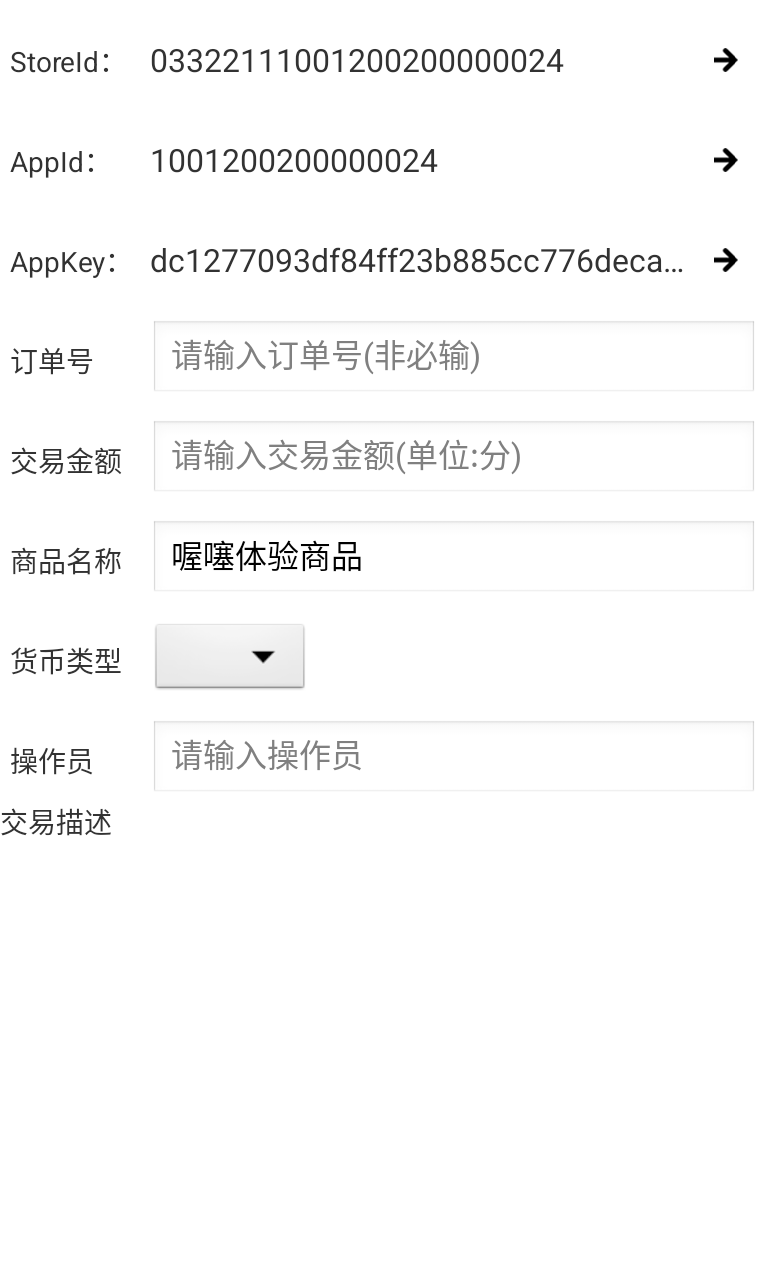
Repository: blanks1314/sysnc_android
Layout: UpayDemo/res/layout/fragment_setting.xml
These files come from the project's save history. The layout is drawn as it stood at one moment and after the next save; the edit follows.
It is drawn on a 768 x 1280 px phone screen (xhdpi) without system bars, with theme AppTheme; the app's code is not run.

Above is the layout before, as saved 2015-04-28 05:53:27.

### UpayDemo/res/layout/fragment_setting.xml
<?xml version="1.0" encoding="utf-8"?>
<LinearLayout xmlns:android="http://schemas.android.com/apk/res/android"
    android:layout_width="match_parent"
    android:layout_height="match_parent"
    android:orientation="vertical" >

    <LinearLayout style="@style/linear_style_1" >

        <TextView
            android:layout_width="70dp"
            android:layout_height="wrap_content"
            android:text="StoreId：" />

        <TextView
            android:id="@+id/tv_storeId"
            style="@style/text_style_1"
            android:text="03322111001200200000024" />

        <ImageView
            style="@style/img_btn_1"
            android:src="@drawable/arrow_right" />
    </LinearLayout>

    <LinearLayout style="@style/linear_style_1" >

        <TextView
            android:layout_width="70dp"
            android:layout_height="wrap_content"
            android:text="AppId：" />

        <TextView
            android:id="@+id/tv_appId"
            style="@style/text_style_1"
            android:text="1001200200000024" />

        <ImageView
            style="@style/img_btn_1"
            android:src="@drawable/arrow_right" />
    </LinearLayout>

    <LinearLayout style="@style/linear_style_1" >

        <TextView
            android:layout_width="70dp"
            android:layout_height="wrap_content"
            android:text="AppKey：" />

        <TextView
            android:id="@+id/tv_appKey"
            style="@style/text_style_1"
            android:text="dc1277093df84ff23b885cc776deca13"
            android:ellipsize="end"
            android:singleLine="true"/>

        <ImageView
            style="@style/img_btn_1"
            android:src="@drawable/arrow_right" />
    </LinearLayout>

    <LinearLayout style="@style/linear_style_1" >

        <TextView
            android:layout_width="70dp"
            android:layout_height="wrap_content"
            android:text="订单号" />

        <EditText
            android:id="@+id/tv_orderId"
            style="@style/edit_style_1"
            android:hint="请输入订单号(非必输)"/>

    </LinearLayout>

    <LinearLayout style="@style/linear_style_1" >

        <TextView
            android:layout_width="70dp"
            android:layout_height="wrap_content"
            android:text="交易金额" />

        <EditText
            android:id="@+id/tv_amount"
            style="@style/edit_style_1"
            android:hint="请输入交易金额(单位:分)"/>

    </LinearLayout>

    <LinearLayout style="@style/linear_style_1" >

        <TextView
            android:layout_width="70dp"
            android:layout_height="wrap_content"
            android:text="商品名称" />

        <EditText
            android:id="@+id/tv_subject"
            style="@style/edit_style_1"
            android:text="喔噻体验商品"/>

    </LinearLayout>

    <LinearLayout style="@style/linear_style_1" >

        <TextView
            android:layout_width="70dp"
            android:layout_height="wrap_content"
            android:text="货币类型" />

        <Spinner android:id="@+id/spn_currType"
            style="@style/spn_style_1"
            />

    </LinearLayout>

    <LinearLayout style="@style/linear_style_1" >

        <TextView
            android:layout_width="70dp"
            android:layout_height="wrap_content"
            android:text="操作员" />

        <EditText
            android:id="@+id/tv_operator"
            style="@style/edit_style_1"
            android:hint="请输入操作员"/>

    </LinearLayout>


        <TextView
            android:layout_width="70dp"
            android:layout_height="wrap_content"
            android:text="交易描述" />

        <EditText
            android:id="@+id/tv_remark"
            android:hint="交易描述"/>





</LinearLayout>

### UpayDemo/res/values/styles.xml
<resources xmlns:android="http://schemas.android.com/apk/res/android">

    <!--
        Base application theme, dependent on API level. This theme is replaced
        by AppBaseTheme from res/values-vXX/styles.xml on newer devices.




    -->
    <style name="AppBaseTheme" parent="Theme.AppCompat.Light">
        <!--
            Theme customizations available in newer API levels can go in
            res/values-vXX/styles.xml, while customizations related to
            backward-compatibility can go here.




        -->
    </style>

    <!-- Application theme. -->
   <!--  <style name="AppTheme" parent="AppBaseTheme">
        All customizations that are NOT specific to a particular API-level can go here.
    </style> -->

    <style name="AppTheme" parent="Theme.AppCompat.Light">
        <item name="tabView">@style/TabView</item>
        <item name="tabPageIndicator">@style/TabIndicator</item>
    </style>

    <style name="TabIndicator" />

    <style name="TabView">
        <item name="android:addStatesFromChildren">true</item>
        <item name="android:orientation">vertical</item>
        <item name="android:gravity">bottom|center_horizontal</item>
        <item name="android:layout_width">0dp</item>
        <item name="android:background">@android:color/white</item>
        <item name="android:layout_height">match_parent</item>
    </style>

    <style name="text_style_1">
        <item name="android:textSize">16sp</item>
        <item name="android:layout_width">0dp</item>
        <item name="android:layout_weight">1</item>
        <item name="android:layout_height">fill_parent</item>
        <item name="android:gravity">center_vertical</item>
        <item name="android:ellipsize">marquee</item>
        <item name="android:singleLine">true</item>
    </style>
    <style name="edit_style_1">
        <item name="android:textSize">16sp</item>
        <item name="android:layout_width">0dp</item>
        <item name="android:layout_weight">1</item>
        <item name="android:layout_height">fill_parent</item>
        <item name="android:gravity">center_vertical</item>
    </style>

    <style name="spn_style_1">
        <item name="android:textSize">10sp</item>
        <item name="android:layout_width">wrap_content</item>
        <item name="android:layout_height">fill_parent</item>
    </style>

    <style name="linear_style_1">
        <item name="android:layout_width">match_parent</item>
        <item name="android:gravity">center_vertical</item>
        <item name="android:layout_height">40dp</item>
        <item name="android:orientation">horizontal</item>
        <item name="android:layout_marginLeft">5dp</item>
        <item name="android:layout_marginRight">5dp</item>
        <item name="android:layout_marginTop">10dp</item>
    </style>

    <style name="img_btn_1">
        <item name="android:layout_width">wrap_content</item>
        <item name="android:layout_height">wrap_content</item>
        <item name="android:padding">10dp</item>

    </style>

</resources>

### UpayDemo/res/values/attrs.xml
<?xml version="1.0" encoding="utf-8"?>
<resources>
    <declare-styleable name="TabView">
        <attr name="tabPageIndicator" format="reference" />
        <attr name="tabView" format="reference" />
    </declare-styleable>

    <string-array name="currTypes">
        <item >RMB(156)</item>
    </string-array>
</resources>

Loaded but not shown: UpayDemo/res/values-v11/styles.xml (common file); UpayDemo/res/values-v14/styles.xml (common file); UpayDemo/res/values/values.xml (657 lines, source omitted)

After the next save:
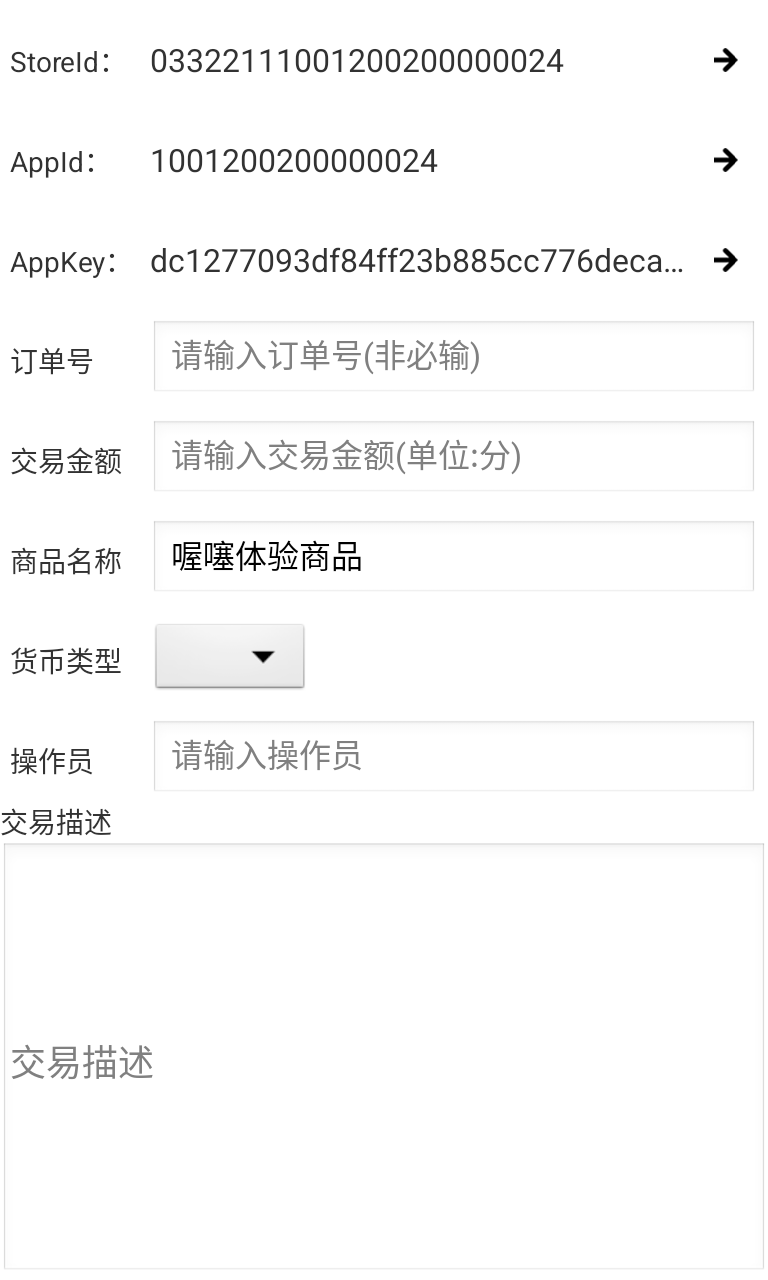
Saved 50 s later.
--- a/UpayDemo/res/layout/fragment_setting.xml
+++ b/UpayDemo/res/layout/fragment_setting.xml
@@ -134,6 +134,10 @@
 
         <EditText
             android:id="@+id/tv_remark"
+            android:layout_width="match_parent"
+            android:height="0dp"
+            android:layout_weight="1"
+            android:padding="5dp"
             android:hint="交易描述"/>
 
 
